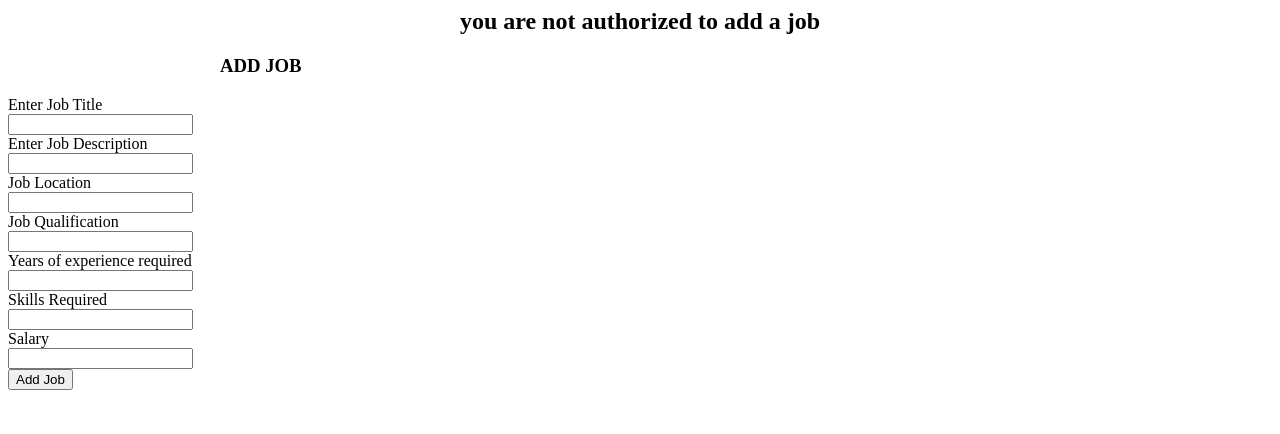
Repository: devlogan/collproject
Page: CollFrontend/WebContent/jobs/JobForm.html
An editor plug-in stored every save of this project. The page is shown before and after a run of saves, followed by the edit.
The browser window is 1280 px wide. The pictures show the whole page.

Above is the page before, as saved 2019-04-30 16:02:19.

### CollFrontend/WebContent/jobs/JobForm.html

<div ng-show="currentUser.role!='Admin'">

	<h2 align="center">you are not authorized to add a job</h2>
</div>
<div ng-show="currentUser.role=='Admin'" class="container" style="width:40%">

	<h3 align=center style="margin:top:5%">ADD JOB</h3>
	<form>
		<div class="form-group">
			<label for="jobTitle">Enter Job Title</label>
			<div class="col-50">
				<input type="text" class="form-control" ng-model="job.jobTitle">
			</div>
		</div>
		<div class="form-group">
			<label for="email">Enter Job Description</label>
			<div class="col-50">
				<input type="text" class="form-control"
					ng-model="job.jobDescription">
			</div>
		</div>
		<div class="form-group">
			<label for="email">Job Location</label>
			<div class="col-50">
				<input type="text" class="form-control" ng-model="job.location">
			</div>
		</div>
		<div class="form-group">
			<label for="email">Job Qualification</label>
			<div class="col-50">
				<input type="text" class="form-control" ng-model="job.qualifaction">
			</div>
		</div>
		<div class="form-group">
			<label for="email">Years of experience required</label>
			<div class="col-50">
				<input type="text" class="form-control" ng-model="job.yrsOfExp">
			</div>
		</div>
		<div class="form-group">
			<label for="email">Skills Required</label>
			<div class="col-50">
				<input type="text" class="form-control"
					ng-model="job.skillsRequired">
			</div>
		</div>
		<div class="form-group">
			<label for="email">Salary</label>
			<div class="col-50">
				<input type="text" class="form-control" ng-model="job.salary">
			</div>
		</div>


		<button type="submit" ng-click="addJob()" class="btn btn-success">Add
			Job</button>
	</form>
</div>

After the next 2 saves:
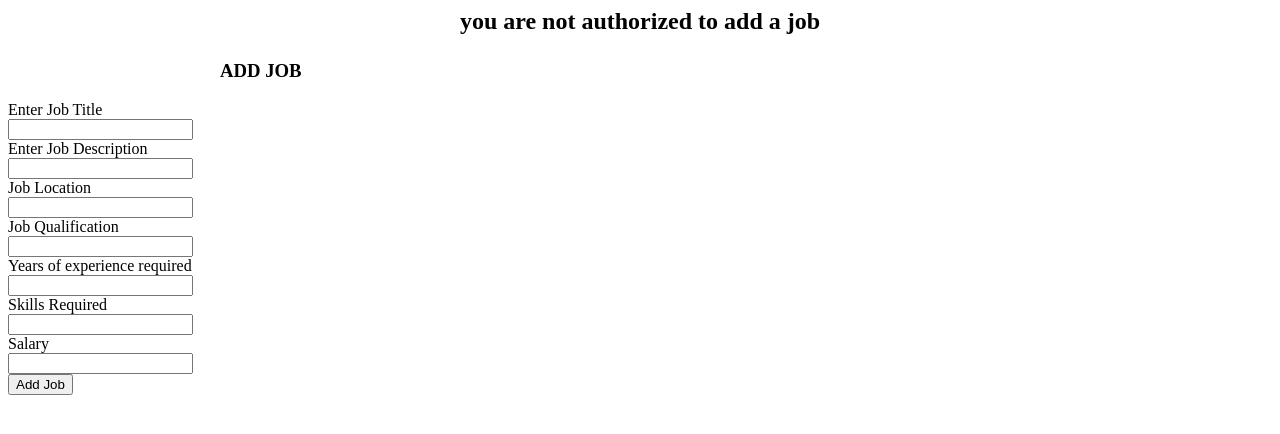
The 2 saves are shown as one change because they came seconds apart.
The last was saved 5 s later.
--- a/CollFrontend/WebContent/jobs/JobForm.html
+++ b/CollFrontend/WebContent/jobs/JobForm.html
@@ -3,9 +3,10 @@
 
 	<h2 align="center">you are not authorized to add a job</h2>
 </div>
-<div ng-show="currentUser.role=='Admin'" class="container" style="width:40%">
+<div ng-show="currentUser.role=='Admin'" class="container"
+	style="width: 40%">
 
-	<h3 align=center style="margin:top:5%">ADD JOB</h3>
+	<h3 align=center style="margin-top: 5%">ADD JOB</h3>
 	<form>
 		<div class="form-group">
 			<label for="jobTitle">Enter Job Title</label>
